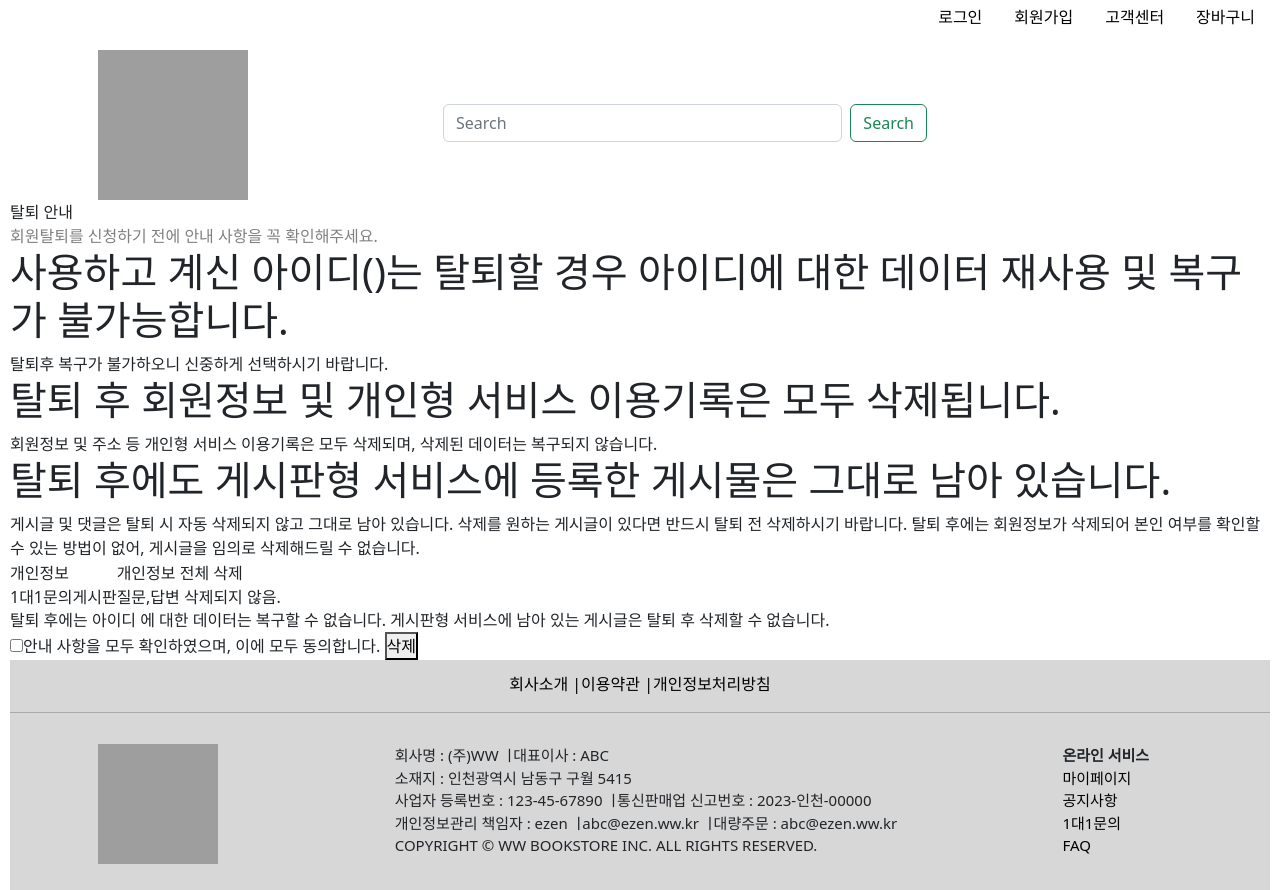
Repository: leehyeonung/project4
Page: http://localhost/book/WEB-INF/views/member/delete.jsp
An editor plug-in stored every save of this project. The page is shown before and after the next save, followed by the edit.
The browser window is 1280 px wide. The pictures show the whole page.
Pictures or frames that could not be fetched are drawn as grey boxes. The page is served by Tomcat 9. Nobody is signed in. Other server files are loaded and not shown. The template is opened directly, without the code that normally fills it, so the values that code supplies are empty.

Above is the page before, as saved 2023-01-06 05:49:24.

### book/src/main/webapp/WEB-INF/views/member/delete.jsp
<%@ page language="java" contentType="text/html; charset=UTF-8"
    pageEncoding="UTF-8"%>
<%@ taglib uri="http://java.sun.com/jsp/jstl/core" prefix="c"%>
<link rel="stylesheet" type="text/css" href="/resources/css/delete.css">

<!DOCTYPE html>
<html>
<head>
<meta charset="UTF-8">
<title>Insert title here</title>
<link rel="stylesheet" type="text/css" href="/resources/css/main.css">
</head>
<body>

<jsp:include page="../layout/header.jsp"></jsp:include>
<div class="main">
<div class="subject">탈퇴 안내</div>
<div class="short">회원탈퇴를 신청하기 전에 안내 사항을 꼭 확인해주세요.</div>
<h1>사용하고 계신 아이디(${ses.mem_id})는 탈퇴할 경우 아이디에 대한 데이터 재사용 및 복구가 불가능합니다.</h1>
탈퇴후 복구가 불가하오니 신중하게 선택하시기 바랍니다.
<h1>탈퇴 후 회원정보 및 개인형 서비스 이용기록은 모두 삭제됩니다.</h1>
회원정보 및 주소 등 개인형 서비스 이용기록은 모두 삭제되며, 삭제된 데이터는 복구되지 않습니다.
<h1>탈퇴 후에도 게시판형 서비스에 등록한 게시물은 그대로 남아 있습니다.</h1>
게시글 및 댓글은 탈퇴 시 자동 삭제되지 않고 그대로 남아 있습니다.
삭제를 원하는 게시글이 있다면 반드시 탈퇴 전 삭제하시기 바랍니다.
탈퇴 후에는 회원정보가 삭제되어 본인 여부를 확인할 수 있는 방법이 없어, 게시글을 임의로 삭제해드릴 수 없습니다.
<table>
<tr>
<td>개인정보</td>
<td>개인정보 전체 삭제</td>
</tr>
<tr>
<td>1대1문의게시판</td>
<td>질문,답변 삭제되지 않음.</td>
</tr>
</table>
탈퇴 후에는 아이디 ${ses.mem_id}에 대한 데이터는 복구할 수 없습니다.
게시판형 서비스에 남아 있는 게시글은 탈퇴 후 삭제할 수 없습니다.
<form action="/mem/delete?mem_num=${ses.mem_num}" method="post" >
<input type="checkbox" name="deletecheck" value="okay">안내 사항을 모두 확인하였으며, 이에 모두 동의합니다.
<button type="submit">삭제</button>
</form>
</div>
<jsp:include page="../layout/footer.jsp"></jsp:include>
</body>
</html>

### book/src/main/webapp/WEB-INF/views/layout/header.jsp
<%@ page language="java" contentType="text/html; charset=UTF-8"
    pageEncoding="UTF-8"%>
<%@ taglib uri="http://java.sun.com/jsp/jstl/core" prefix="c"%>
<!DOCTYPE html>
<html>
<head>
<meta charset="UTF-8">
<title>Insert title here</title>
<!-- CSS only -->
<link href="https://cdn.jsdelivr.net/npm/bootstrap@5.2.2/dist/css/bootstrap.min.css"
rel="stylesheet" integrity="sha384-Zenh87qX5JnK2Jl0vWa8Ck2rdkQ2Bzep5IDxbcnCeuOxjzrPF/et3URy9Bv1WTRi"
crossorigin="anonymous">
<link rel="stylesheet" type="text/css" href="/resources/css/header.css">
</head>
<body>
<div class="header">
    <div class="menu">
        <c:if test="${ses.mem_id ==null}">
        <ul><a href="/mem/loginPage">로그인</a></ul>
        <ul><a href="/mem/joinPage">회원가입</a></ul>
        </c:if>
        <c:if test="${ses.mem_id == 'admin' }">
        <ul><a href="/mem/logOut">로그아웃</a></ul>
        <ul><a href="/mem/adminpage">관리인페이지</a></ul>
        </c:if>
        <c:if test="${ses.mem_id !=null && ses.mem_id !='admin' }">
        <ul><a href="/mem/logOut">로그아웃</a></ul>
        <ul><a href="/mem/mypage">마이페이지</a></ul>
        </c:if>
        <ul><a href="#">고객센터</a></ul>
        <ul><a href="#">장바구니</a></ul>
    </div>
    <div class="bar">
       <div class="logo">
         <a href="/"><img src="/resources/image/logo.jpg" alt="로고"></a>
       </div>
         <div class="searchBar">
            <form class="d-flex" role="search">
                 <input class="form-control me-2" type="search" placeholder="Search" aria-label="Search">
                 <button class="btn btn-outline-success" type="submit">Search</button>
              </form>
         </div>
       <div class="icons">
         <a href=""><i class="fa-solid fa-cart-shopping"></i></a>
            <a href=""><i class="fa-solid fa-user"></i></a>
       </div>
    </div>
</div>
</body>
</html>

### book/src/main/webapp/WEB-INF/views/layout/footer.jsp
<%@ page language="java" contentType="text/html; charset=UTF-8"
   pageEncoding="UTF-8"%>
<!DOCTYPE html>
<html>
<head>
<meta charset="UTF-8">
<title>Insert title here</title>
<link rel="stylesheet" type="text/css" href="/resources/css/footer.css">

</head>

<body>
   <div class="footer">
      <div class="footer-top">
         <ul>
            <li><a href="/introduce">회사소개 | </a></li>
            <li><a href="">이용약관 | </a></li>
            <li><a href="">개인정보처리방침</a></li>
         </ul>
      </div>
      <hr>
      <div class="address">
         <div class="footer-logo">
            <img src="/resources/image/logo.jpg" alt="로고">
         </div>
         <div class="address-box">
            <ul>
               <li>회사명 : (주)WW <span style="margin-right: -7px;">ㅣ</span>
                  대표이사 : ABC
               </li>

               <li>소재지 : 인천광역시 남동구 구월 5415</li>
               <li>사업자 등록번호 : 123-45-67890 <span style="margin-right: -7px;">ㅣ</span>
                  통신판매업 신고번호 : 2023-인천-00000
               </li>

               <li>개인정보관리 책임자 : ezen <span style="margin-right: -7px;">ㅣ</span>
                  abc@ezen.ww.kr <span style="margin-right: -7px;">ㅣ</span> 대량주문 :
                  abc@ezen.ww.kr
               </li>

               <li>COPYRIGHT © WW BOOKSTORE INC. ALL RIGHTS RESERVED.</li>

            </ul>

         </div>
         <div class="online-serviceBar">
            <strong>온라인 서비스</strong>
            <ul>
               <li><a href="">마이페이지</a></li>
               <li><a href="">공지사항</a></li>
               <li><a href="">1대1문의</a></li>
               <li><a href="">FAQ</a></li>
            </ul>
         </div>
      </div>
   </div>

</body>
</html>

### book/src/main/webapp/resources/css/delete.css
@charset "UTF-8";

.main{
	margin: 0px 196px;
}

.sub{
	font-size: 20px;
	font-weight: bold;
	color : red;
}

.short{
	color: gray;
}
h1{
	font-size: 10px;
}

### book/src/main/webapp/resources/css/main.css
@charset "UTF-8";

.main{
	width:1260px;
	margin: 0 auto;
}

### book/src/main/webapp/resources/css/header.css
@charset "UTF-8";
*{
	margin: 0px;
	padding: 0px;
}
.header{
    width: 1260px;
    height: 200px;
   /*  background-color: pink; */
}
.menu{
   display: flex;
   justify-content: flex-end;
   padding:5px;

}
.logo{
    width: 150px;
    height: 150px;
    background-color: blue;
}
.logo>a>img{
    width: 150px;
    height: 150px;
}
.searchBar{
   /* position:absolute; */
    width: 484px;
    height: 42px;
    /* background-color: gold; */
    margin-top:54px;
    border-radius: 30px;

}
.bar{

   height: 150px;
   display: flex;
   flex-direction: row;
   flex-wrap:nowrap;
   justify-content:space-around;
/*    align-items: baseline; */


}
i{
    font-size: 42px;
    color: black;
    margin-top:54px;
    margin-right: 20px;
}

### book/src/main/webapp/resources/css/footer.css
@charset "UTF-8";
.footer {
   width: 1260px;
   height: 230px;
   background-color: rgba(175, 175, 175, 0.5);
   margin: 0 auto;
}

.footer-logo {

   width: 120px;
   height: 120px;
   background-color: beige;
}
.footer-logo>img{
   width: 120px;
   height: 120px;
}

.address-box {
   text-align: left;
   padding: 0;
   margin: 0;
}

.address {
   padding: 15px;
   height: 150px;
   display: flex;
   font-size: 15px;
   /* align-items: baseline; */
   flex-direction: row;
   flex-wrap: nowrap;
   justify-content: space-around;
}

ul {
   list-style: none;
}

.footer, .address li {

}

.footer-top {
   text-align: center;
   padding-top: 12px;
}

.footer-top>ul {
   margin: 0;
   padding: 0;
   display: flex;
   justify-content: center;
}

.footer-top>li {
   margin: 0;
   padding: 0;
}

a {
   text-decoration-line: none;
   color: black;
}

a:visited {
   text-decoration: none;
}

a:hover {
   text-decoration: none;
}

a:focus {
   text-decoration: none;
}

a:hover, a:active {
   text-decoration: none;
}

.online-serviceBar {
   padding: 0px;
   margin-left: 20px;
   width: 120px;
   height: 120px;
}

.online-serviceBar>ul {
   margin: 0px;
   padding: 0px;
}

After the next save:
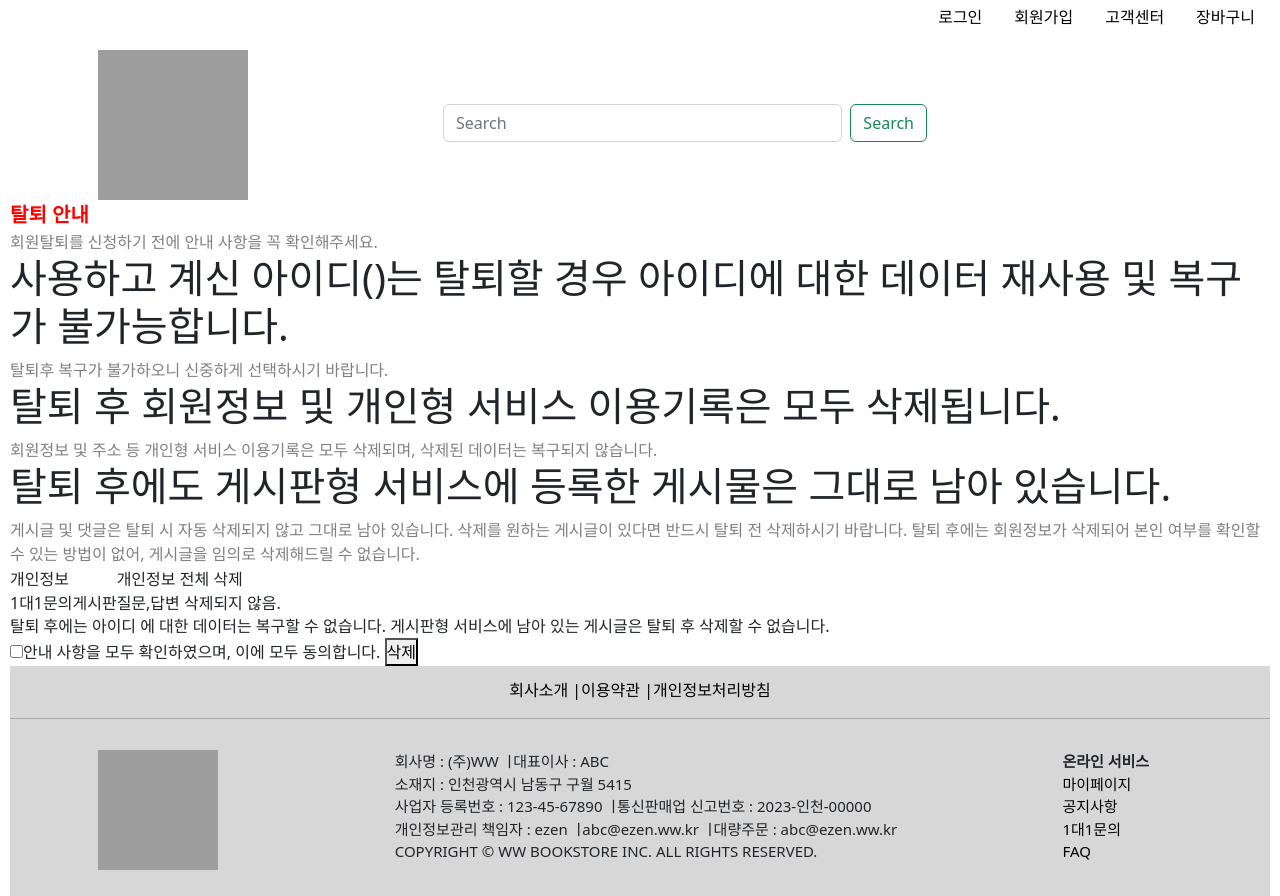
Saved 50 s later.
--- a/book/src/main/webapp/WEB-INF/views/member/delete.jsp
+++ b/book/src/main/webapp/WEB-INF/views/member/delete.jsp
@@ -14,16 +14,18 @@
 
 <jsp:include page="../layout/header.jsp"></jsp:include>
 <div class="main">
-<div class="subject">탈퇴 안내</div>
+<div class="sub">탈퇴 안내</div>
 <div class="short">회원탈퇴를 신청하기 전에 안내 사항을 꼭 확인해주세요.</div>
 <h1>사용하고 계신 아이디(${ses.mem_id})는 탈퇴할 경우 아이디에 대한 데이터 재사용 및 복구가 불가능합니다.</h1>
-탈퇴후 복구가 불가하오니 신중하게 선택하시기 바랍니다.
+<div class="short">탈퇴후 복구가 불가하오니 신중하게 선택하시기 바랍니다.</div>
 <h1>탈퇴 후 회원정보 및 개인형 서비스 이용기록은 모두 삭제됩니다.</h1>
-회원정보 및 주소 등 개인형 서비스 이용기록은 모두 삭제되며, 삭제된 데이터는 복구되지 않습니다.
+<div class="short">회원정보 및 주소 등 개인형 서비스 이용기록은 모두 삭제되며, 삭제된 데이터는 복구되지 않습니다.</div>
 <h1>탈퇴 후에도 게시판형 서비스에 등록한 게시물은 그대로 남아 있습니다.</h1>
+<div class="short">
 게시글 및 댓글은 탈퇴 시 자동 삭제되지 않고 그대로 남아 있습니다.
 삭제를 원하는 게시글이 있다면 반드시 탈퇴 전 삭제하시기 바랍니다.
 탈퇴 후에는 회원정보가 삭제되어 본인 여부를 확인할 수 있는 방법이 없어, 게시글을 임의로 삭제해드릴 수 없습니다.
+</div>
 <table>
 <tr>
 <td>개인정보</td>
